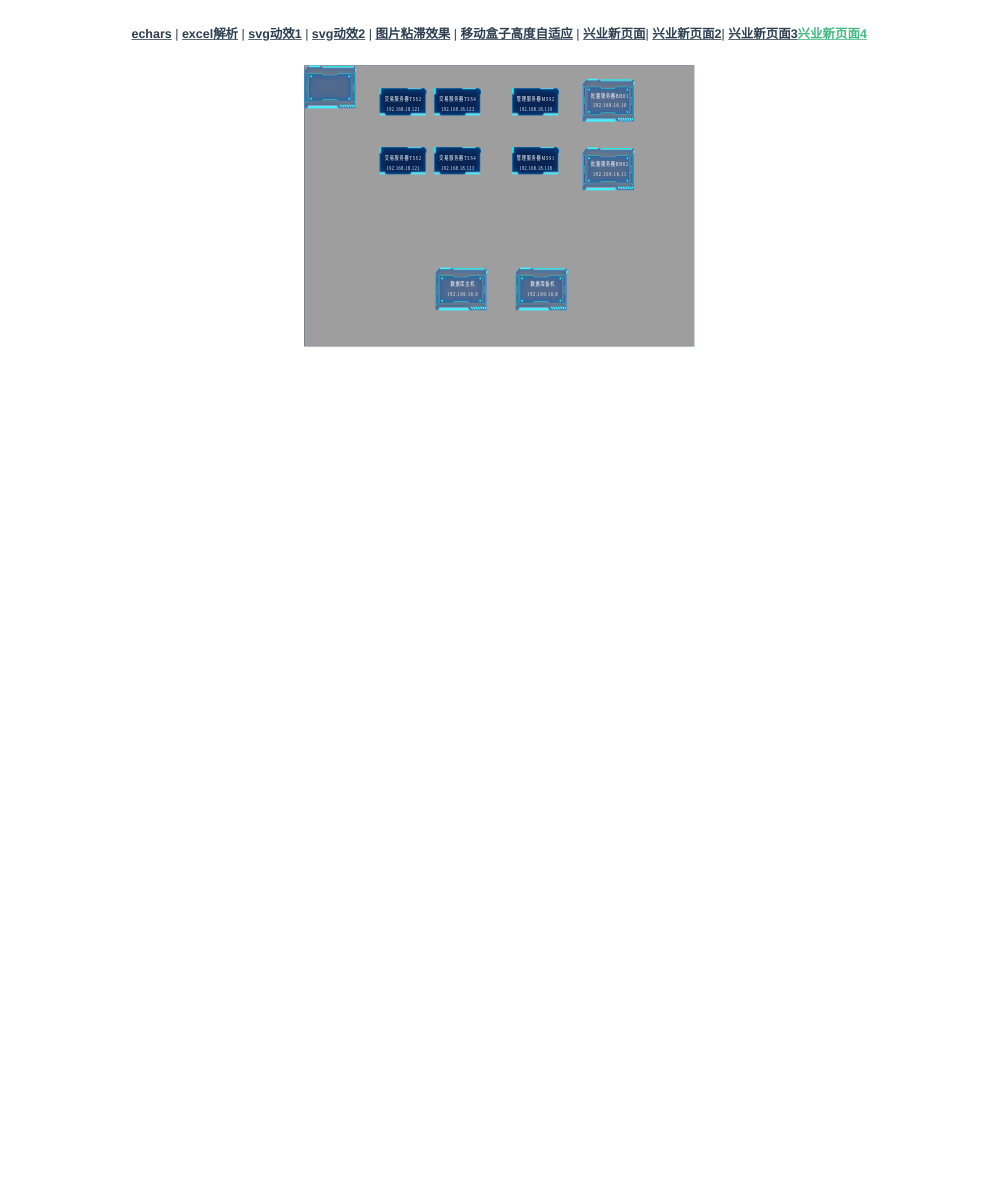
Repository: dmj199811/animation-dmj
Page: /#/work-page6
An editor plug-in stored every save of this project. The page is shown before and after the next save, followed by the edit.
The browser window is 1280 px wide. The pictures show the whole page, at 78% of full size.
Pictures or frames that could not be fetched are drawn as grey boxes. The project was rebuilt for these pictures with package versions that can differ from the ones it lists, and the page was loaded fresh each time.

Above is the page before, as saved 2020-07-02 16:23:56.

### src/App.vue
<template>
  <div id="app">
    <div id="nav"
         v-if="this.$store.state.pageShow">
      <router-link to="/">echars</router-link> |
      <router-link to="/xlsx-example">excel解析</router-link> |
      <router-link to="/svg-example1">svg动效1</router-link> |
      <router-link to="/svg-example2">svg动效2</router-link> |
      <router-link to="/work-message">图片粘滞效果</router-link> |
      <router-link to="/work-page2">移动盒子高度自适应</router-link> |
      <router-link to="/work-page3">兴业新页面</router-link>|
      <router-link to="/work-page4">兴业新页面2</router-link>|
      <router-link to="/work-page5">兴业新页面3</router-link>
      <router-link to="/work-page6">兴业新页面4</router-link>
    </div>
    <router-view />
  </div>
</template>

<style lang="less">
body {
  margin: 0;
}
#app {
  font-family: Avenir, Helvetica, Arial, sans-serif;
  -webkit-font-smoothing: antialiased;
  -moz-osx-font-smoothing: grayscale;
  text-align: center;
  color: #2c3e50;
}

#nav {
  padding: 30px;

  a {
    font-weight: bold;
    color: #2c3e50;

    &.router-link-exact-active {
      color: #42b983;
    }
  }
}
</style>

### src/router/index.js
import Vue from 'vue'
import VueRouter from 'vue-router'

Vue.use(VueRouter)

const routes = [
  {
    path: '/',
    redirect: '/circle-echarts',
  },
  {
    path: '/circle-echarts',
    name: 'ani2',
    component: () => import('../views/circle-echarts/index.vue')
  },
  {
    path: '/xlsx-example',
    name: 'xlsx1',
    component: () => import('../views/xlsx1/index.vue')
  },
  {
    path: '/svg-example1',
    name: 'svg1',
    component: () => import('../views/svg1/index.vue')
  },
  {
    path: '/svg-example2',
    name: 'svg2',
    component: () => import('../views/svg2/index.vue')
  },
  {
    path: '/work-message',
    name: 'message1',
    component: () => import('../views/work/message/index.vue')
  },
  {
    path: '/work-page2',
    name: 'show1',
    component: () => import('../views/work/show1/index.vue')
  },
  {
    path: '/work-page3',
    name: 'show2',
    component: () => import('../views/newPage/index.vue')
  },
  {
    path: '/work-page4',
    name: 'show2',
    component: () => import('../views/newPage2/index.vue')
  },
  {
    path: '/work-page5',
    name: 'show3',
    component: () => import('../views/newPage3/index.vue')
  },
  {
    path: '/work-page6',
    name: 'show4',
    component: () => import('../views/newPage4/index.vue')
  },
]

const router = new VueRouter({
  routes
})

export default router

### src/views/newPage4/index.vue
<template>
  <div class="box">
    <div class="use-box">
      <div class="use-box-bg">
        <!-- 交易服务器 -->
        <div class="deal">
          <div class="deal-server pos1">
            <div class="deal-server-item">
              <div>交易服务器TSS2</div>
              <div>192.168.18.121</div>
            </div>
          </div>
          <div class="deal-server pos2">
            <div class="deal-server-item">
              <div>交易服务器TSS2</div>
              <div>192.168.18.121</div>
            </div>
          </div>
          <div class="deal-server pos3">
            <div class="deal-server-item">
              <div>交易服务器TSS4</div>
              <div>192.168.18.123</div>
            </div>
          </div>
          <div class="deal-server pos4">
            <div class="deal-server-item">
              <div>交易服务器TSS4</div>
              <div>192.168.18.123</div>
            </div>
          </div>
          <!-- 管理服务器 -->
            <div>
              <div class="deal-server pos5">
                <div class="deal-server-item">
                  <div>管理服务器MSS2</div>
                  <div>192.168.18.119</div>
                </div>
              </div>
              <div class="deal-server pos6">
                <div class="deal-server-item">
                  <div>管理服务器MSS1</div>
                  <div>192.168.18.118</div>
                </div>
              </div>
            </div>
        </div>

        <!-- 批量服务器 -->
        <div class="batch-server">
          <div class="batch batch-pos1">
            <div class="batch-item ">
              <div>批量服务器BH01</div>
              <div>192.169.16.10</div>
            </div>
          </div>
          <div class="batch batch-pos2">
            <div class="batch-item ">
              <div>批量服务器BH02</div>
              <div>192.169.16.11</div>
            </div>
          </div>
        </div>

        <!-- 数据库主机 -->
        <div class="db-device">
          <div class="batch batch-pos3">
            <div class="batch-item ">
              <div>数据库主机</div>
              <div>192.169.16.9</div>
            </div>
          </div>
          <div class="batch batch-pos4">
            <div class="batch-item ">
              <div>数据库备机</div>
              <div>192.169.16.8</div>
            </div>
          </div>
        </div>

        <!-- 层 -->
        <div class="layer">

        </div>

      </div>
    </div>
  </div>
</template>
<script>
export default {
  data () {
    return {}
  },
  mounted () {
    this.fullScreen()
    let a = {
      'ATM系统': 'N',
      '网上银行域': 'E',
      'IC借记卡系统': 'N',
      'CFP系统': 'W',
      '电话银行域': 'E',
      '金卡系统': 'N',
      '零售信贷系统': 'W',
      '联机交易转发平台': 'N',
      '核心联机交易平台': 'E',
      'OFEP': 'W',
      '会计辅助管理系统': 'W',
      '业务策略管控平台': 'E',
      '历史检索系统': 'N',
      '企业数据集成平台': 'N',
      '银联数据综合前置系统': 'E',
      '理财卡外包制卡系统': 'W',
      '数据仓库系统': 'E',
      '统一报表系统': 'W',
      '企业CRM系统': 'N'
    }

    this.dataToArray(a)
    window.onresize = () => {
      this.fullScreen()
    }
  },
  methods: {
    fullScreen () {
      $('.box').css('transform', `scale(${document.documentElement.clientWidth / 3840},${document.documentElement.clientHeight / 1440})`)
    },
    dataToArray (data) {

    }
  }
}
</script>
<style lang="less">
.box {
  text-align: left;
  transform-origin: 0 0;
  width: 3840px;
  height: 1440px;
}
.use-box {
  font-size: 18px;
  width: 1500px;
  box-sizing: border-box;
  height: 720px;
  background: #0e2550;
  margin: 0 auto;
  color: white;
}
.use-box div {
  box-sizing: border-box;
}

.use-box-bg {
  width:  100%;
  height: 100%;
  background-image: url(./img/line.png);
  background-size: 100% 100%;
  position: relative;
}

.deal-server {
  width:  180px;
  height: 70px;
  background-image: url(./img/leftBlue.png);
  background-size: 100% 100%;
  overflow: hidden;

}

.deal-server-item {
  width:192px;
  height:60px;
  font-size:16px;
  font-family:Adobe Heiti Std;
  font-weight:normal;
  color:rgba(255,255,255,1);
  line-height:25px;
  letter-spacing: 3px;
  text-align: center;
  margin-top: 15px;
  margin-left: -5px;
}

.deal-server-item > div:nth-child(2) {
  letter-spacing: 2px;
}

.pos1 {
  position: absolute;
  top: 58px;
  left: 290px;
}

.pos2 {
  position: absolute;
  top: 209px;
  left: 290px;
}

.pos3 {
  position: absolute;
  top: 58px;
  left: 500px;
}

.pos4 {
  position: absolute;
  top: 209px;
  left: 500px;
}

.pos5 {
  position: absolute;
  top: 58px;
  left: 800px;
}

.pos6 {
  position: absolute;
  top: 209px;
  left: 800px;
}

.batch {
  width:  200px;
  height: 110px;
  background-image: url(./img/rightBlue.png);
  background-size: 100% 100%;
  overflow: hidden;
}

.batch-item {
  width:192px;
  height:60px;
  font-size:16px;
  font-family:Adobe Heiti Std;
  font-weight:normal;
  color:rgba(255,255,255,1);
  line-height:25px;
  letter-spacing: 3px;
  text-align: center;
  margin-top: 30px;
  margin-left: 10px;
}
.batch-pos1 {
  position: absolute;
  top: 34px;
  left: 1070px;
}
.batch-pos2 {
  position: absolute;
  top: 210px;
  left: 1070px;
}
.batch-pos3 {
  position: absolute;
  top: 518px;
  left: 504px;
}

.batch-pos4 {
  position: absolute;
  top: 518px;
  left: 812px;
}

.layer {
  width:  200px;
  height: 110px;
  background-image: url(./img/rightBlue.png);
  background-size: 100% 100%;
  overflow: hidden;
}

</style>

Loaded but not shown: public/index.html (common file); src/main.js (common file); src/store/index.js (common file)

After the next save:
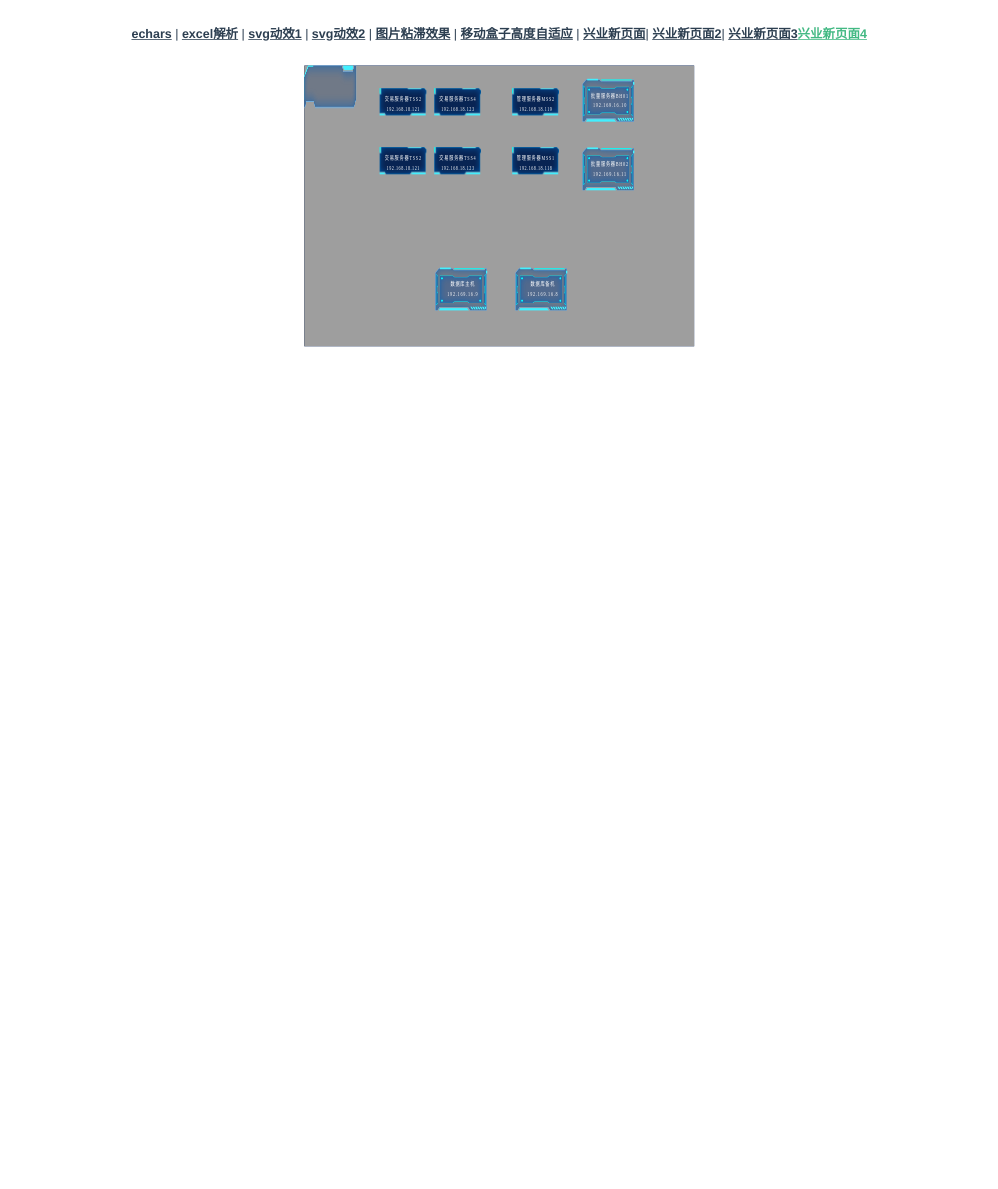
Saved 50 s later.
--- a/src/views/newPage4/index.vue
+++ b/src/views/newPage4/index.vue
@@ -267,7 +267,7 @@ export default {
 .layer {
   width:  200px;
   height: 110px;
-  background-image: url(./img/rightBlue.png);
+  background-image: url(./img/layerBlue.png);
   background-size: 100% 100%;
   overflow: hidden;
 }
